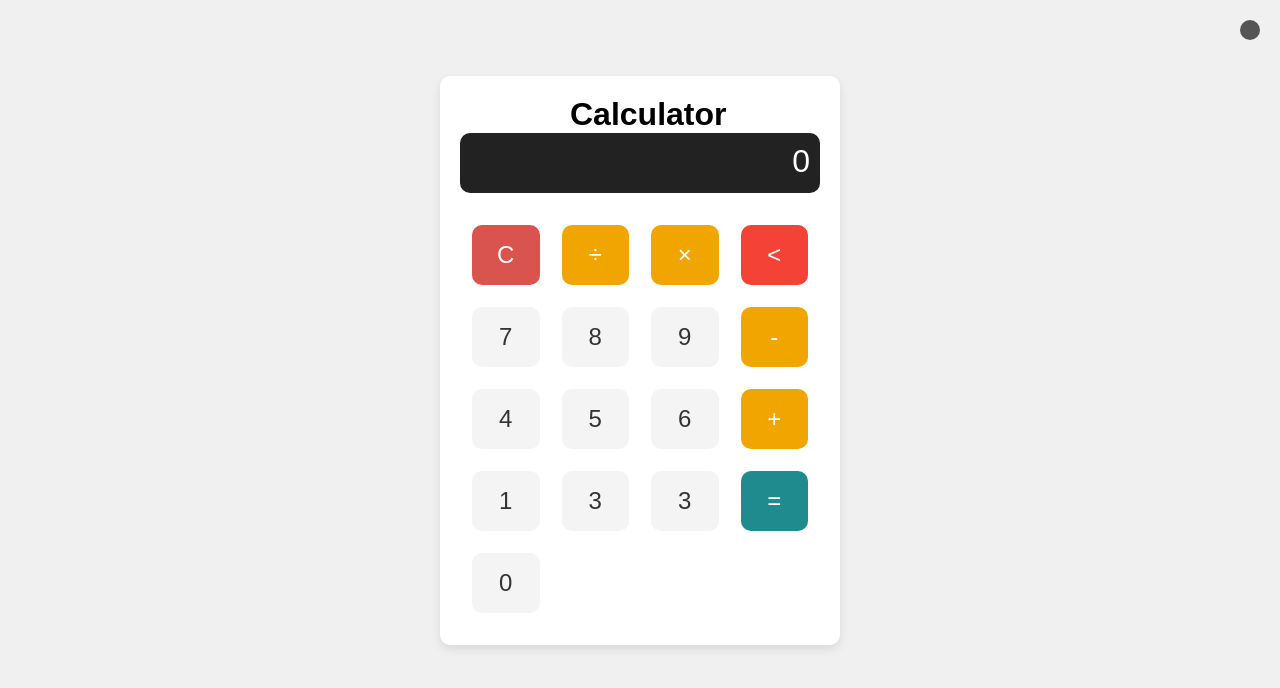
Repository: akhiranandan-04/Calculator
Page: index.html
An editor plug-in stored every save of this project. The page is shown before and after the next save, followed by the edit.
The browser window is 1280 px wide. The pictures show the whole page.

Above is the page before, as saved 2024-10-09 17:17:04.

After the next save:
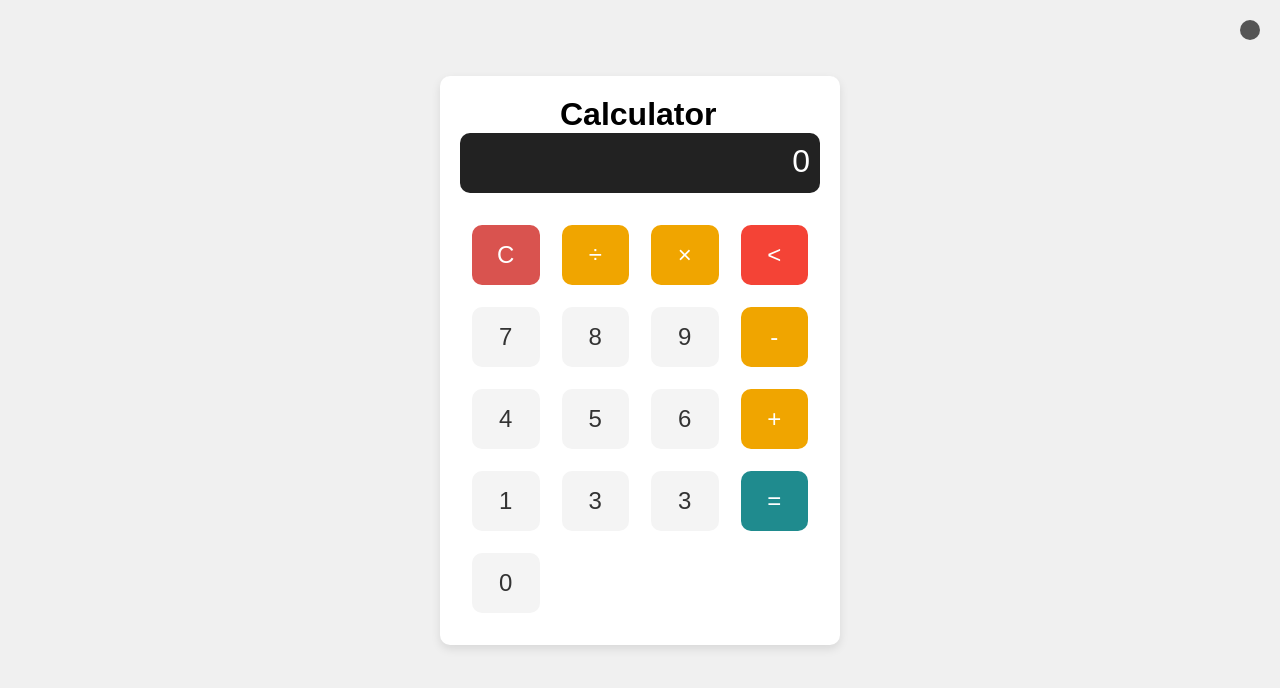
Saved 8 s later.
--- a/style.css
+++ b/style.css
@@ -24,7 +24,7 @@ body {
 h1{
     align-items: center;
     justify-content: center;
-    margin-left: 110px;
+    margin-left: 100px;
 }
 .calculater {
     width: 400px;
